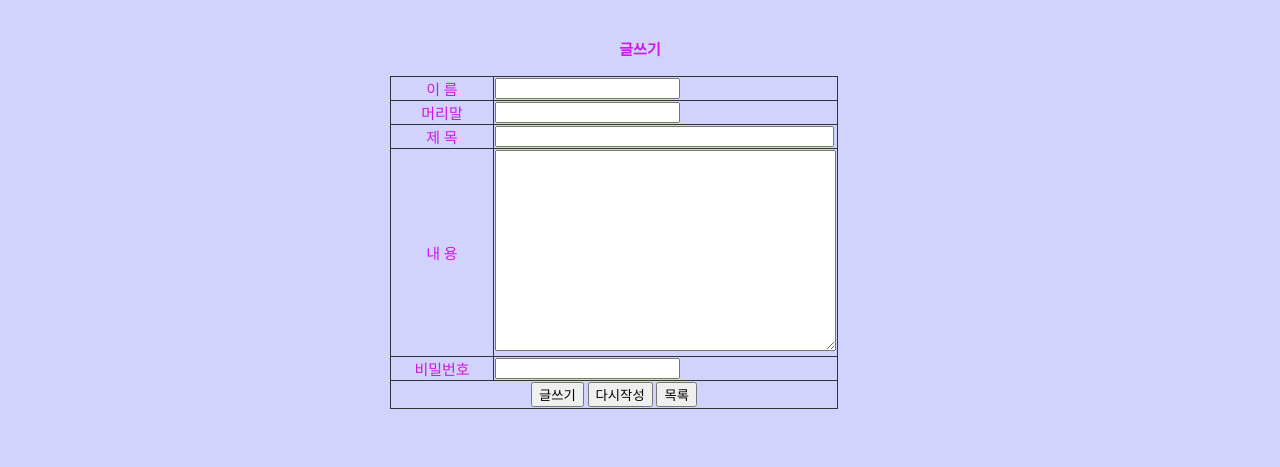
Repository: LouisKisaragi/BB-Bank
Page: http://localhost/freeboard/freeboard/writeForm.jsp
An editor plug-in stored every save of this project. The page is shown before and after the next save, followed by the edit.
The browser window is 1280 px wide. The pictures show the whole page.
The page is served by Tomcat 9. Other server files are loaded and not shown.

Above is the page before, as saved 2017-11-20 06:17:24.

### 이득건/publicFree/workspace/freeboard/WebContent/freeboard/writeForm.jsp
<%@ page language="java" contentType="text/html; charset=UTF-8"
    pageEncoding="UTF-8"%>
<%@ taglib prefix="c" uri="http://java.sun.com/jsp/jstl/core" %>
<!DOCTYPE html>
<html>
<head>
<meta http-equiv="Content-Type" content="text/html; charset=UTF-8">
<title>게시판</title>
<script src="${pageContext.request.contextPath }/freeboard/script.js"></script>
<link href="${pageContext.request.contextPath }/freeboard/css/style.css" rel="stylesheet" type="text/css"/>
<link href="${pageContext.request.contextPath}/freeboard/css/writeFormstyle.css" rel="stylesheet" type="text/css"/>
</head>
<body>
<section>
<article>
<b>글쓰기</b>
<br></br>
<form method="post" name="writeForm" action="${pageContext.request.contextPath}/board/writePro.do" onsubmit="return writeSave()">
<input type="hidden" name="num" value="${num}">
<input type="hidden" name="ref" value="${ref}">
<input type="hidden" name="step" value="${step}">
<input type="hidden" name="depth" value="${depth}">
<input type="hidden" name="bn" value="${bn}">

<table class="board">
	<tr>
		<td class="attr">이 름</td>
		<td>
			<input type = "text" name="writer">
			</td>
		</tr>
		<tr>
			<td class="attr">머리말</td>
			<td>
				<input type="text" name="preface">
			</td>
		</tr>
		<tr>
			<td class="attr">제 목</td>
			<td>
			<c:if test="${num == 0}">
			<input class="input" type="text" name="subject">
			</c:if>
			<c:if test="${num != 0}">
			<input class="input" type="text" name="subject" >
			</c:if>
			</td>
		</tr>
		<tr>
			<td class="attr">내 용</td>
			<td>
				<textarea name="content" rows="13" cols="40"></textarea>
			</td>
		</tr>
		<tr>
			<td class="attr">비밀번호</td>
			<td>
				<input type="password" name="pass">
			</td>
		</tr>
		<tr>
			<td colspan="2" class="attr">
				<input type="submit" value="글쓰기">
				<input type="reset" value="다시작성">
				<input type="button" value="목록" OnClick="window.location='${pageContext.request.contextPath}/board/list.do'">
			</td>
		</tr>
</table>
</form>
</article>
</section>
</body>
</html>

### 이득건/publicFree/workspace/freeboard/WebContent/freeboard/script.js
function writeSave(){
	if(document.writeForm.writer.value == ""){
	alert("작성자를 입력하세요.");
	document.writeForm.writer.focus();
	return false;
	}
	if(document.writeForm.subject.value == ""){
	alert("제목을 입력하세요.");
	document.writeForm.subject.focus();
	return false;
	}
	if(document.writeForm.content.value == ""){
	alert("내용을 입력하세요.");
	document.writeForm.content.focus();
	return false;
	}
	if(document.writeForm.pass.value == ""){
	alert("비밀번호를 입력하세요.");
	document.writeForm.pass.focus();
	return false;
	}
}

### 이득건/publicFree/workspace/freeboard/WebContent/freeboard/css/style.css
@CHARSET "UTF-8";
body{
	background-color:#d1d3fc;
	font-size:15px;
	color: #ce16e9;
	text-align: center;
}
a:link {
	text-decoration:nonecolor:#696969;
}
a:hover {
	text-decoration:yescolor:#66ccff;
}
a:visted {
	text-decoration:noncolor:#330066;
}

### 이득건/publicFree/workspace/freeboard/WebContent/freeboard/css/writeFormstyle.css
@CHARSET "UTF-8";
section{
	padding-top: 30px;
	width:500px;
	margin: auto;
	left:0; top:0; righr:0; bottom:0;
}

.board{
	text-align:center;
	border-collapse:collapse;
}

.board td {
	border:1px solid #333;
	text-align:left;
	width:330px;
	hegith:30px;
	border:1px solid #333;
}
.board td .input{
	width:97%;
}
.board .attr{
	width: 100px;
	text-align:center;
}

After the next save:
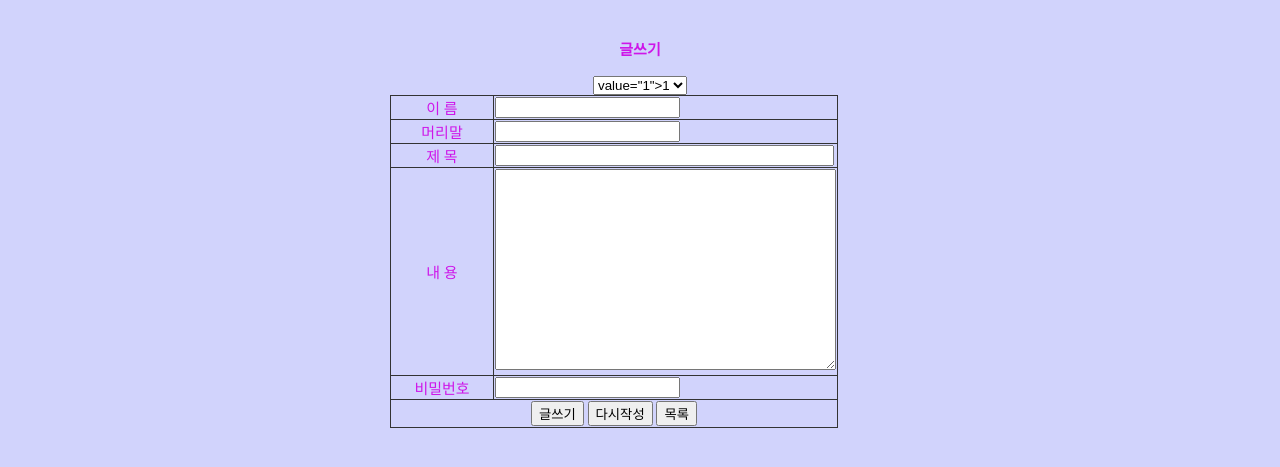
Saved 18 h 41 min later.
--- a/이득건/publicFree/workspace/freeboard/WebContent/freeboard/writeForm.jsp
+++ b/이득건/publicFree/workspace/freeboard/WebContent/freeboard/writeForm.jsp
@@ -21,6 +21,12 @@
 <input type="hidden" name="step" value="${step}">
 <input type="hidden" name="depth" value="${depth}">
 <input type="hidden" name="bn" value="${bn}">
+
+<select name="category" size="1">
+	<option> value="1">1
+	<option> value="2">2
+	<option> value="3">3
+</select>
 
 <table class="board">
 	<tr>
